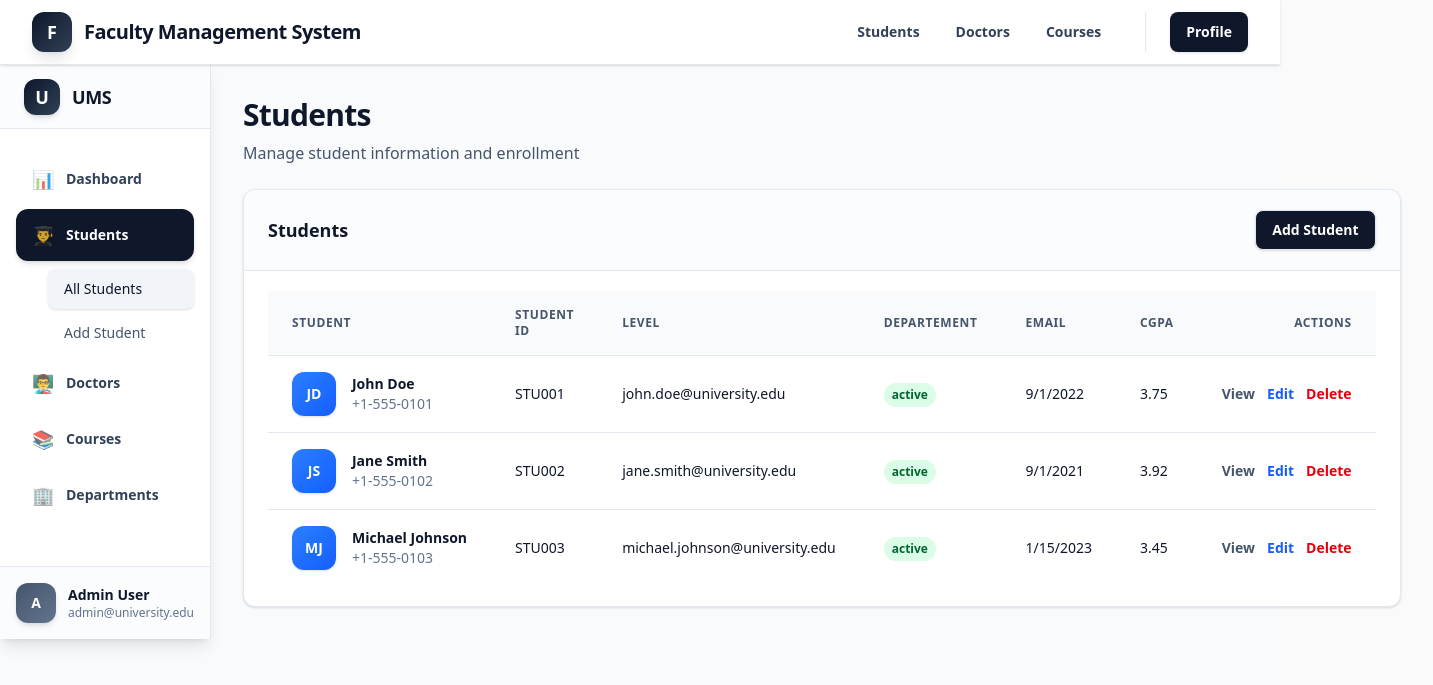
Repository: Mohamedmohsen179/Advanced-DB-Task
Page: /students (app in frontend/)
These files come from the project's save history. The page is drawn as it stood at one moment and after the next save; the edit follows.
The browser window is 1280 px wide. The page is 1433 px wide, then 1418 px, so the pictures cover 1433 px, including what lies to the right of the window. The pictures show the whole page.
The page's requests for data from a server got no answer. The project was rebuilt for these pictures with package versions that can differ from the ones it lists, and the page was loaded fresh each time. The framework's server and built-in components were replaced by stand-ins that run in the browser. No one was signed in, and anything a server would have sent is missing. Also part of the build but not shown: frontend/next.config.ts.

Above is the page before, as saved 2025-11-28 16:56:06.

After the next save:
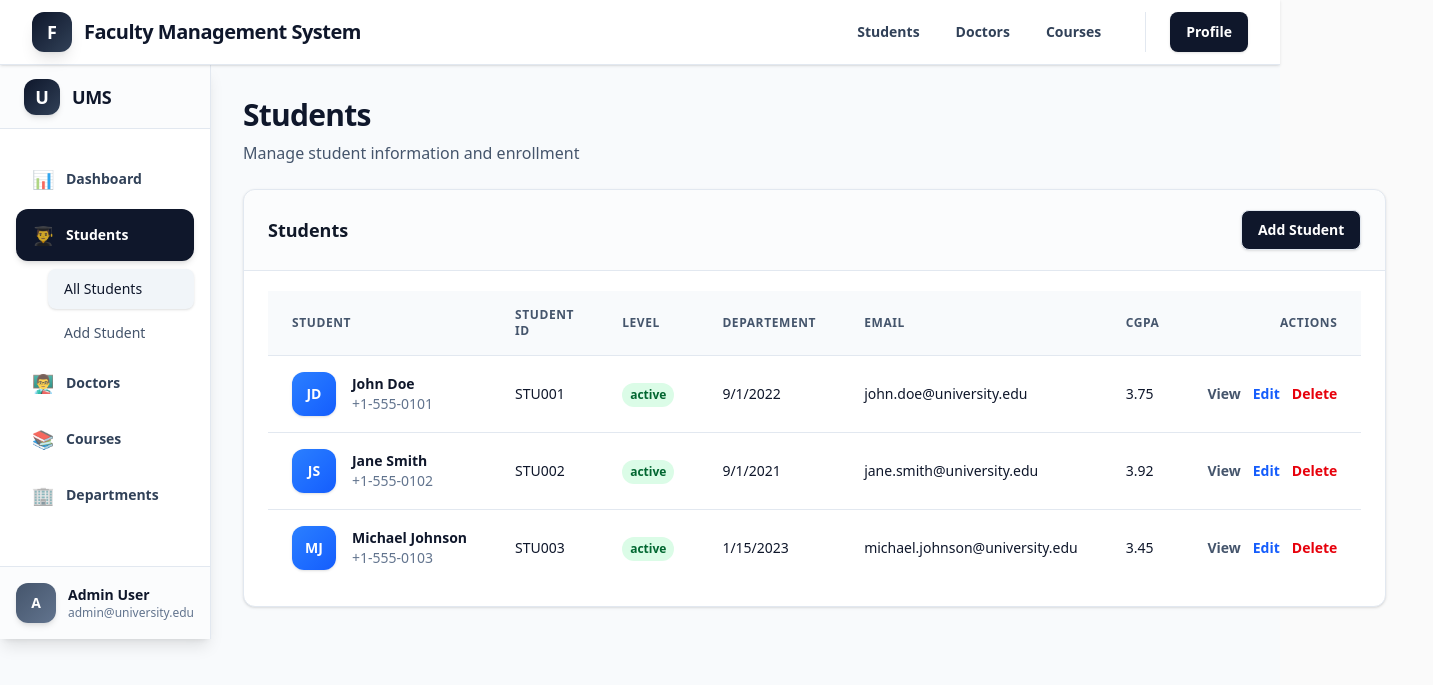
Saved 38 s later.
--- a/frontend/components/students/StudentTable.tsx
+++ b/frontend/components/students/StudentTable.tsx
@@ -112,9 +112,6 @@ export default function StudentTable({
                   <td className="px-6 py-4 whitespace-nowrap text-sm font-medium text-slate-900">
                     {student.studentId}
                   </td>
-                  <td className="px-6 py-4 whitespace-nowrap text-sm text-slate-900">
-                    {student.email}
-                  </td>
                   <td className="px-6 py-4 whitespace-nowrap">
                     <span className={`inline-flex px-2 py-1 text-xs font-semibold rounded-full ${student.status === 'active'
                       ? 'bg-green-100 text-green-800'
@@ -129,6 +126,9 @@ export default function StudentTable({
                   </td>
                   <td className="px-6 py-4 whitespace-nowrap text-sm text-slate-900">
                     {new Date(student.enrollmentDate).toLocaleDateString()}
+                  </td>
+                  <td className="px-6 py-4 whitespace-nowrap text-sm text-slate-900">
+                    {student.email}
                   </td>
                   <td className="px-6 py-4 whitespace-nowrap text-sm font-medium text-slate-900">
                     {student.gpa ? student.gpa.toFixed(2) : 'N/A'}
